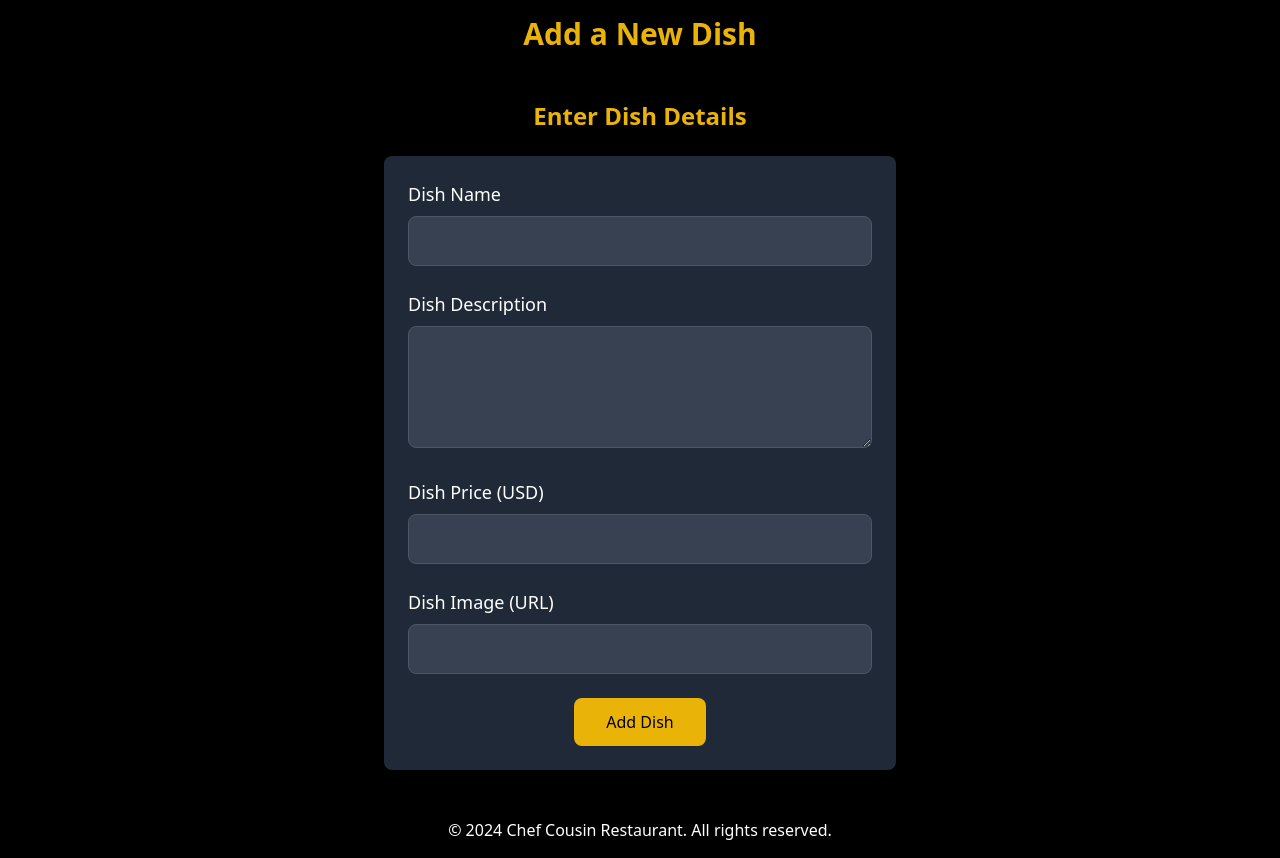
Repository: HamzaChehlaoui/Site-Web-pour-un-Chef-Cuisinier
Page: http://localhost/adddish.php
These files come from the project's save history. The page is drawn as it stood at one moment and after the next save; the edit follows.
The browser window is 1280 px wide. The pictures show the whole page.
Some web libraries are served in a nearby version. The page is run by PHP 8.4 with error messages shown; the project is at /var/www/html/.

Above is the page before, as saved 2024-12-18 21:05:56.

### adddish.php
<!DOCTYPE html>
<html lang="en">
<head>
    <meta charset="UTF-8">
    <meta name="viewport" content="width=device-width, initial-scale=1.0">
    <title>Add Dish - Chef Cousin Menu</title>
    <script src="https://cdn.tailwindcss.com"></script>
</head>
<body class="bg-black text-white font-sans">

    <!-- Header Section -->
    <header class="bg-black text-white py-4">
        <div class="container mx-auto text-center">
            <h1 class="text-3xl font-bold text-yellow-500">Add a New Dish</h1>
        </div>
    </header>

    <!-- Form Section -->
    <section class="py-8">
        <div class="container mx-auto px-4">
            <h2 class="text-2xl font-semibold mb-6 text-center text-yellow-500">Enter Dish Details</h2>
            <div class="max-w-lg mx-auto bg-gray-800 p-6 rounded-lg shadow-lg">
                <form action="addDishProcess.php" method="POST" class="space-y-6">
                    <div>
                        <label for="dish-name" class="block text-lg font-medium text-white">Dish Name</label>
                        <input type="text" id="dish-name" name="dish_name" class="w-full mt-2 p-3 rounded-lg bg-gray-700 text-white border border-gray-600" required>
                    </div>

                    <div>
                        <label for="dish-description" class="block text-lg font-medium text-white">Dish Description</label>
                        <textarea id="dish-description" name="dish_description" rows="4" class="w-full mt-2 p-3 rounded-lg bg-gray-700 text-white border border-gray-600" required></textarea>
                    </div>

                    <div>
                        <label for="dish-price" class="block text-lg font-medium text-white">Dish Price (USD)</label>
                        <input type="number" id="dish-price" name="dish_price" class="w-full mt-2 p-3 rounded-lg bg-gray-700 text-white border border-gray-600" required>
                    </div>

                    <div>
                        <label for="dish-image" class="block text-lg font-medium text-white">Dish Image (URL)</label>
                        <input type="url" id="dish-image" name="dish_image" class="w-full mt-2 p-3 rounded-lg bg-gray-700 text-white border border-gray-600" required>
                    </div>

                    <div class="flex justify-center mt-6">
                        <button type="submit" class="bg-yellow-500 text-black px-8 py-3 rounded-lg hover:bg-yellow-400 transition">Add Dish</button>
                    </div>
                </form>
            </div>
        </div>
    </section>
          <!-- Footer -->
    <footer class="bg-black text-white py-4">
        <div class="container mx-auto text-center">
            <p>&copy; 2024 Chef Cousin Restaurant. All rights reserved.</p>
        </div>
    </footer>
</body>
</html>

After the next save:
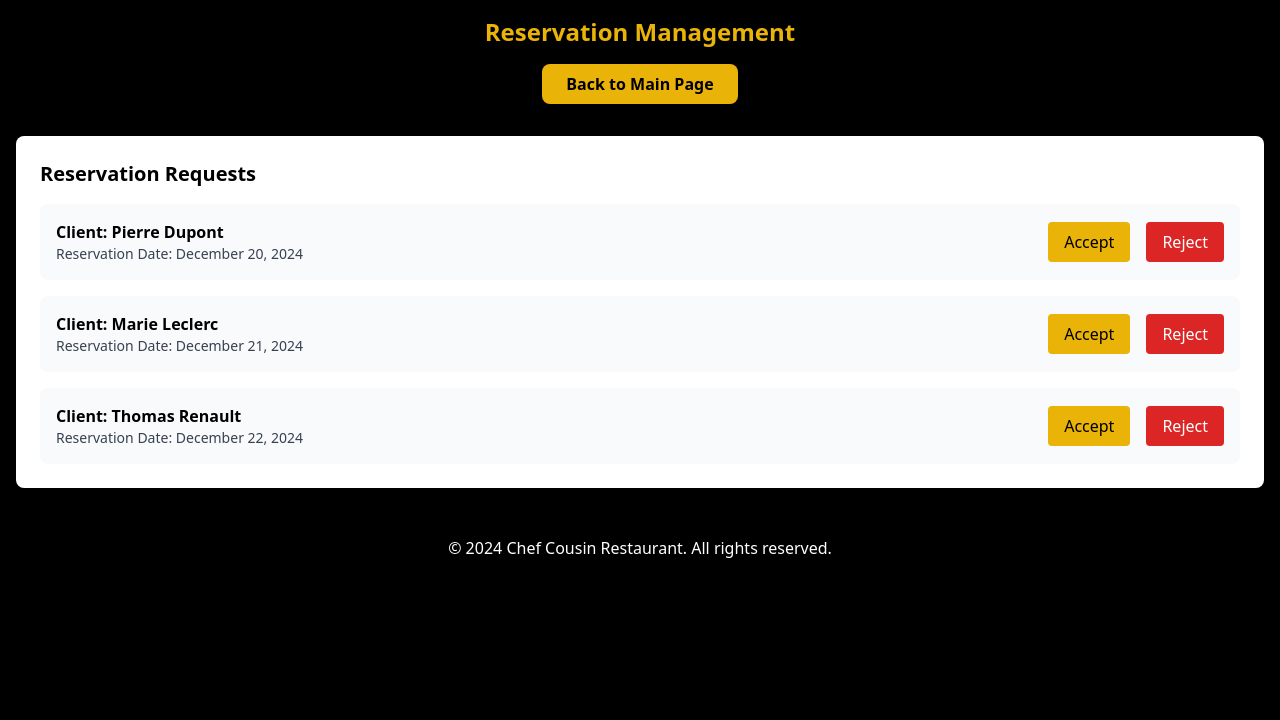
Saved 83 s later.
--- a/adddish.php
+++ b/adddish.php
@@ -1,58 +1,119 @@
 <!DOCTYPE html>
 <html lang="en">
+
 <head>
     <meta charset="UTF-8">
     <meta name="viewport" content="width=device-width, initial-scale=1.0">
-    <title>Add Dish - Chef Cousin Menu</title>
+    <title>Reservation Management</title>
+    <!-- Tailwind CSS CDN -->
     <script src="https://cdn.tailwindcss.com"></script>
+    <style>
+        @keyframes slideInFromLeft {
+            0% {
+                transform: translateX(-100%);
+                opacity: 0;
+            }
+            100% {
+                transform: translateX(0);
+                opacity: 1;
+            }
+        }
+
+        @keyframes slideInFromRight {
+            0% {
+                transform: translateX(100%);
+                opacity: 0;
+            }
+            100% {
+                transform: translateX(0);
+                opacity: 1;
+            }
+        }
+
+        .slide-in-left {
+            animation: slideInFromLeft 0.6s ease-out;
+        }
+
+        .slide-in-right {
+            animation: slideInFromRight 0.6s ease-out;
+        }
+    </style>
 </head>
+
 <body class="bg-black text-white font-sans">
 
-    <!-- Header Section -->
-    <header class="bg-black text-white py-4">
-        <div class="container mx-auto text-center">
-            <h1 class="text-3xl font-bold text-yellow-500">Add a New Dish</h1>
-        </div>
+    <!-- Header -->
+    <header class="text-black py-4 text-center">
+        <h1 class="text-2xl font-bold text-yellow-500">Reservation Management</h1>
     </header>
+    <div class="text-center mb-8">
+        <a href="menu.php" class="inline-block bg-yellow-500 text-black px-6 py-2 rounded-lg font-semibold hover:scale-105 hover:shadow-lg transition-transform">
+            Back to Main Page
+        </a>
+    </div>
+    <!-- Main Content -->
+    <main class="container mx-auto my-8 px-4">
+        <div class="bg-white shadow-md rounded-lg p-6">
+            <h2 class="text-xl font-semibold text-black mb-4">Reservation Requests</h2>
 
-    <!-- Form Section -->
-    <section class="py-8">
-        <div class="container mx-auto px-4">
-            <h2 class="text-2xl font-semibold mb-6 text-center text-yellow-500">Enter Dish Details</h2>
-            <div class="max-w-lg mx-auto bg-gray-800 p-6 rounded-lg shadow-lg">
-                <form action="addDishProcess.php" method="POST" class="space-y-6">
+            <!-- Reservation Request List -->
+            <div class="space-y-4">
+                <!-- Reservation 1 -->
+                <div class="flex justify-between items-center bg-gray-50 p-4 rounded-lg slide-in-left">
                     <div>
-                        <label for="dish-name" class="block text-lg font-medium text-white">Dish Name</label>
-                        <input type="text" id="dish-name" name="dish_name" class="w-full mt-2 p-3 rounded-lg bg-gray-700 text-white border border-gray-600" required>
+                        <h3 class="font-semibold text-black">Client: Pierre Dupont</h3>
+                        <p class="text-sm text-gray-700">Reservation Date: December 20, 2024</p>
                     </div>
+                    <div class="flex space-x-4">
+                        <button class="bg-yellow-500 text-black py-2 px-4 rounded hover:bg-yellow-600 focus:outline-none">
+                            Accept
+                        </button>
+                        <button class="bg-red-600 text-white py-2 px-4 rounded hover:bg-red-700 focus:outline-none">
+                            Reject
+                        </button>
+                    </div>
+                </div>
 
+                <!-- Reservation 2 -->
+                <div class="flex justify-between items-center bg-gray-50 p-4 rounded-lg slide-in-right">
                     <div>
-                        <label for="dish-description" class="block text-lg font-medium text-white">Dish Description</label>
-                        <textarea id="dish-description" name="dish_description" rows="4" class="w-full mt-2 p-3 rounded-lg bg-gray-700 text-white border border-gray-600" required></textarea>
+                        <h3 class="font-semibold text-black">Client: Marie Leclerc</h3>
+                        <p class="text-sm text-gray-700">Reservation Date: December 21, 2024</p>
                     </div>
+                    <div class="flex space-x-4">
+                        <button class="bg-yellow-500 text-black py-2 px-4 rounded hover:bg-yellow-600 focus:outline-none">
+                            Accept
+                        </button>
+                        <button class="bg-red-600 text-white py-2 px-4 rounded hover:bg-red-700 focus:outline-none">
+                            Reject
+                        </button>
+                    </div>
+                </div>
 
+                <!-- Reservation 3 -->
+                <div class="flex justify-between items-center bg-gray-50 p-4 rounded-lg slide-in-left">
                     <div>
-                        <label for="dish-price" class="block text-lg font-medium text-white">Dish Price (USD)</label>
-                        <input type="number" id="dish-price" name="dish_price" class="w-full mt-2 p-3 rounded-lg bg-gray-700 text-white border border-gray-600" required>
+                        <h3 class="font-semibold text-black">Client: Thomas Renault</h3>
+                        <p class="text-sm text-gray-700">Reservation Date: December 22, 2024</p>
                     </div>
-
-                    <div>
-                        <label for="dish-image" class="block text-lg font-medium text-white">Dish Image (URL)</label>
-                        <input type="url" id="dish-image" name="dish_image" class="w-full mt-2 p-3 rounded-lg bg-gray-700 text-white border border-gray-600" required>
+                    <div class="flex space-x-4">
+                        <button class="bg-yellow-500 text-black py-2 px-4 rounded hover:bg-yellow-600 focus:outline-none">
+                            Accept
+                        </button>
+                        <button class="bg-red-600 text-white py-2 px-4 rounded hover:bg-red-700 focus:outline-none">
+                            Reject
+                        </button>
                     </div>
-
-                    <div class="flex justify-center mt-6">
-                        <button type="submit" class="bg-yellow-500 text-black px-8 py-3 rounded-lg hover:bg-yellow-400 transition">Add Dish</button>
-                    </div>
-                </form>
+                </div>
             </div>
         </div>
-    </section>
-          <!-- Footer -->
+    </main>
+    <!-- Footer -->
     <footer class="bg-black text-white py-4">
         <div class="container mx-auto text-center">
             <p>&copy; 2024 Chef Cousin Restaurant. All rights reserved.</p>
         </div>
     </footer>
 </body>
+
 </html>

After the save that followed:
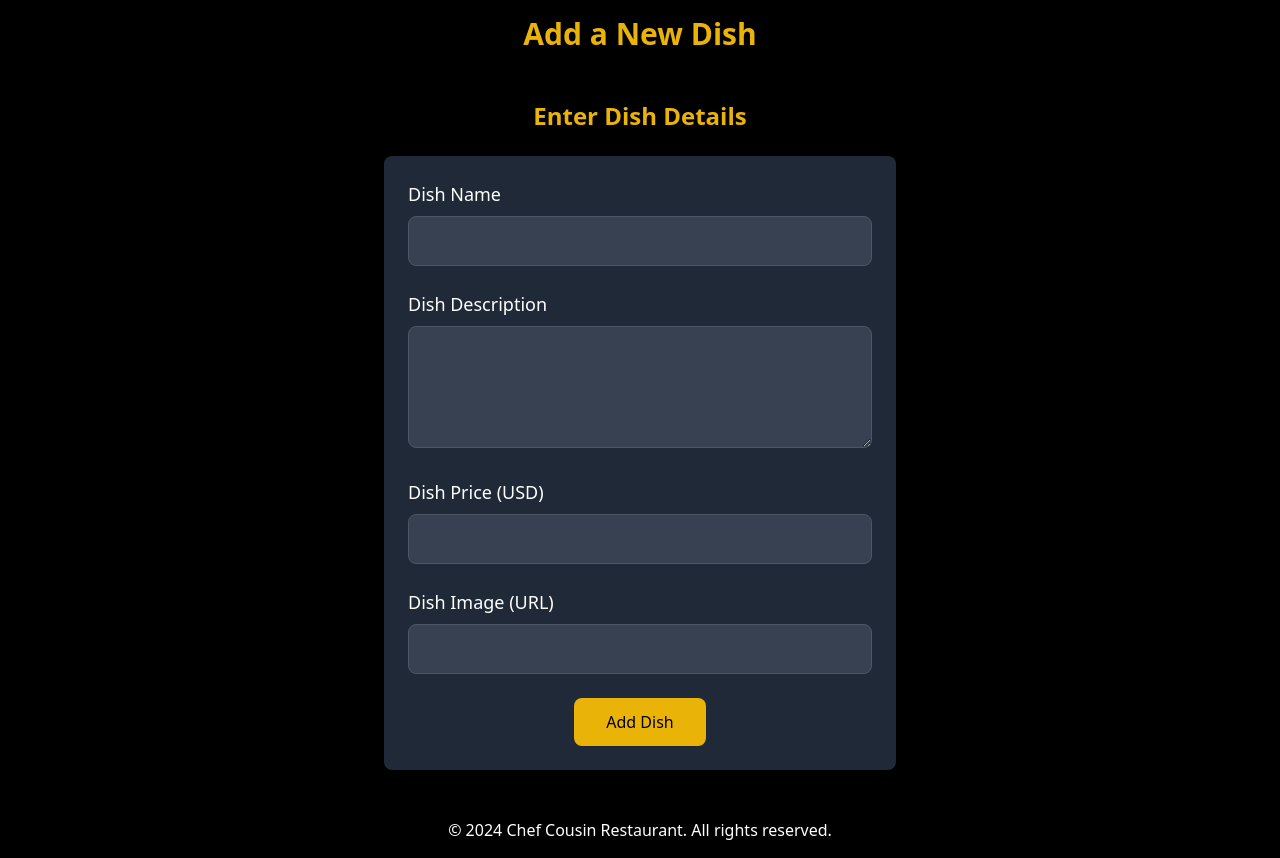
Saved 18 s later.
--- a/adddish.php
+++ b/adddish.php
@@ -1,119 +1,58 @@
 <!DOCTYPE html>
 <html lang="en">
-
 <head>
     <meta charset="UTF-8">
     <meta name="viewport" content="width=device-width, initial-scale=1.0">
-    <title>Reservation Management</title>
-    <!-- Tailwind CSS CDN -->
+    <title>Add Dish - Chef Cousin Menu</title>
     <script src="https://cdn.tailwindcss.com"></script>
-    <style>
-        @keyframes slideInFromLeft {
-            0% {
-                transform: translateX(-100%);
-                opacity: 0;
-            }
-            100% {
-                transform: translateX(0);
-                opacity: 1;
-            }
-        }
-
-        @keyframes slideInFromRight {
-            0% {
-                transform: translateX(100%);
-                opacity: 0;
-            }
-            100% {
-                transform: translateX(0);
-                opacity: 1;
-            }
-        }
-
-        .slide-in-left {
-            animation: slideInFromLeft 0.6s ease-out;
-        }
-
-        .slide-in-right {
-            animation: slideInFromRight 0.6s ease-out;
-        }
-    </style>
 </head>
-
 <body class="bg-black text-white font-sans">
 
-    <!-- Header -->
-    <header class="text-black py-4 text-center">
-        <h1 class="text-2xl font-bold text-yellow-500">Reservation Management</h1>
+    <!-- Header Section -->
+    <header class="bg-black text-white py-4">
+        <div class="container mx-auto text-center">
+            <h1 class="text-3xl font-bold text-yellow-500">Add a New Dish</h1>
+        </div>
     </header>
-    <div class="text-center mb-8">
-        <a href="menu.php" class="inline-block bg-yellow-500 text-black px-6 py-2 rounded-lg font-semibold hover:scale-105 hover:shadow-lg transition-transform">
-            Back to Main Page
-        </a>
-    </div>
-    <!-- Main Content -->
-    <main class="container mx-auto my-8 px-4">
-        <div class="bg-white shadow-md rounded-lg p-6">
-            <h2 class="text-xl font-semibold text-black mb-4">Reservation Requests</h2>
 
-            <!-- Reservation Request List -->
-            <div class="space-y-4">
-                <!-- Reservation 1 -->
-                <div class="flex justify-between items-center bg-gray-50 p-4 rounded-lg slide-in-left">
+    <!-- Form Section -->
+    <section class="py-8">
+        <div class="container mx-auto px-4">
+            <h2 class="text-2xl font-semibold mb-6 text-center text-yellow-500">Enter Dish Details</h2>
+            <div class="max-w-lg mx-auto bg-gray-800 p-6 rounded-lg shadow-lg">
+                <form action="addDishProcess.php" method="POST" class="space-y-6">
                     <div>
-                        <h3 class="font-semibold text-black">Client: Pierre Dupont</h3>
-                        <p class="text-sm text-gray-700">Reservation Date: December 20, 2024</p>
+                        <label for="dish-name" class="block text-lg font-medium text-white">Dish Name</label>
+                        <input type="text" id="dish-name" name="dish_name" class="w-full mt-2 p-3 rounded-lg bg-gray-700 text-white border border-gray-600" required>
                     </div>
-                    <div class="flex space-x-4">
-                        <button class="bg-yellow-500 text-black py-2 px-4 rounded hover:bg-yellow-600 focus:outline-none">
-                            Accept
-                        </button>
-                        <button class="bg-red-600 text-white py-2 px-4 rounded hover:bg-red-700 focus:outline-none">
-                            Reject
-                        </button>
+
+                    <div>
+                        <label for="dish-description" class="block text-lg font-medium text-white">Dish Description</label>
+                        <textarea id="dish-description" name="dish_description" rows="4" class="w-full mt-2 p-3 rounded-lg bg-gray-700 text-white border border-gray-600" required></textarea>
                     </div>
-                </div>
 
-                <!-- Reservation 2 -->
-                <div class="flex justify-between items-center bg-gray-50 p-4 rounded-lg slide-in-right">
                     <div>
-                        <h3 class="font-semibold text-black">Client: Marie Leclerc</h3>
-                        <p class="text-sm text-gray-700">Reservation Date: December 21, 2024</p>
+                        <label for="dish-price" class="block text-lg font-medium text-white">Dish Price (USD)</label>
+                        <input type="number" id="dish-price" name="dish_price" class="w-full mt-2 p-3 rounded-lg bg-gray-700 text-white border border-gray-600" required>
                     </div>
-                    <div class="flex space-x-4">
-                        <button class="bg-yellow-500 text-black py-2 px-4 rounded hover:bg-yellow-600 focus:outline-none">
-                            Accept
-                        </button>
-                        <button class="bg-red-600 text-white py-2 px-4 rounded hover:bg-red-700 focus:outline-none">
-                            Reject
-                        </button>
+
+                    <div>
+                        <label for="dish-image" class="block text-lg font-medium text-white">Dish Image (URL)</label>
+                        <input type="url" id="dish-image" name="dish_image" class="w-full mt-2 p-3 rounded-lg bg-gray-700 text-white border border-gray-600" required>
                     </div>
-                </div>
 
-                <!-- Reservation 3 -->
-                <div class="flex justify-between items-center bg-gray-50 p-4 rounded-lg slide-in-left">
-                    <div>
-                        <h3 class="font-semibold text-black">Client: Thomas Renault</h3>
-                        <p class="text-sm text-gray-700">Reservation Date: December 22, 2024</p>
+                    <div class="flex justify-center mt-6">
+                        <button type="submit" class="bg-yellow-500 text-black px-8 py-3 rounded-lg hover:bg-yellow-400 transition">Add Dish</button>
                     </div>
-                    <div class="flex space-x-4">
-                        <button class="bg-yellow-500 text-black py-2 px-4 rounded hover:bg-yellow-600 focus:outline-none">
-                            Accept
-                        </button>
-                        <button class="bg-red-600 text-white py-2 px-4 rounded hover:bg-red-700 focus:outline-none">
-                            Reject
-                        </button>
-                    </div>
-                </div>
+                </form>
             </div>
         </div>
-    </main>
-    <!-- Footer -->
+    </section>
+          <!-- Footer -->
     <footer class="bg-black text-white py-4">
         <div class="container mx-auto text-center">
             <p>&copy; 2024 Chef Cousin Restaurant. All rights reserved.</p>
         </div>
     </footer>
 </body>
-
 </html>
